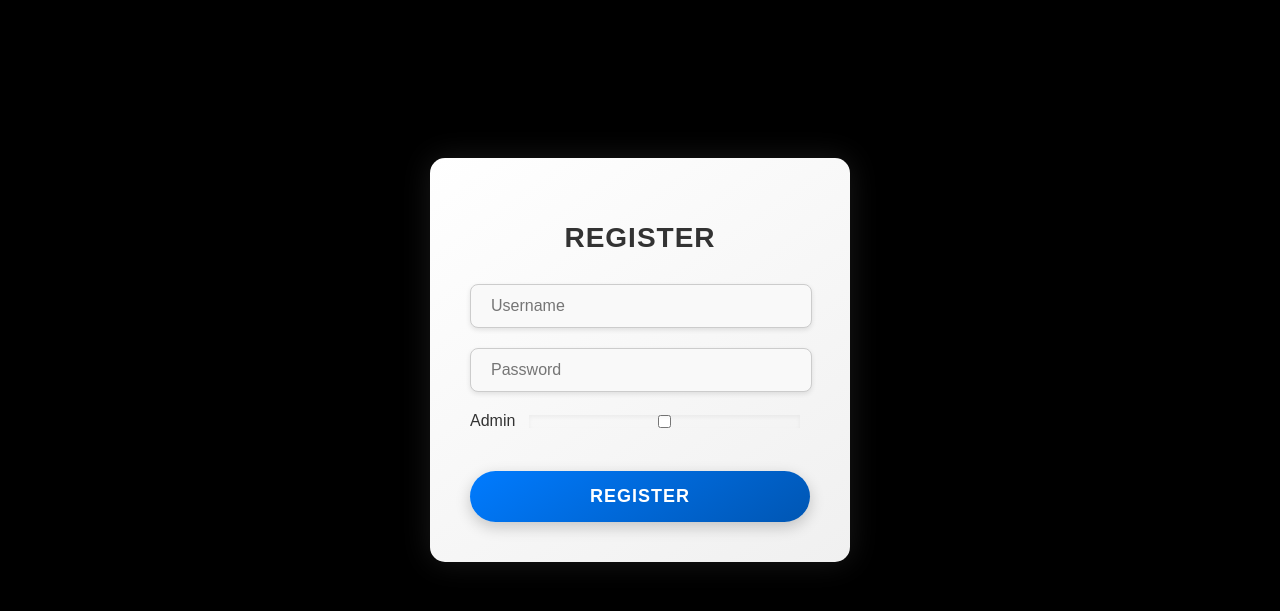
Repository: mdmisri/needy-talk
Page: /register (app in frontend/talk-d1/)
An editor plug-in stored every save of this project. The page is shown before and after the next save, followed by the edit.
The browser window is 1280 px wide. The pictures show the whole page.
The page's requests for data from a server got no answer. The project was rebuilt for these pictures with package versions that can differ from the ones it lists, and the page was loaded fresh each time. No one was signed in, and anything a server would have sent is missing. Also part of the build but not shown: frontend/talk-d1/src/components/Login/Login.js, frontend/talk-d1/src/conversationUtils.js, frontend/talk-d1/src/hooks/useConversation.js, frontend/talk-d1/src/components/Chat/styles/Message.css, frontend/talk-d1/src/components/Chat/Message.js, frontend/talk-d1/src/components/Chat/ChatBox.js, frontend/talk-d1/src/components/Chat/AdminChatBox.js, frontend/talk-d1/src/components/Chat/AdminSelection.js and 1 more.

Above is the page before, as saved 2024-07-31 00:51:35.

After the next save:
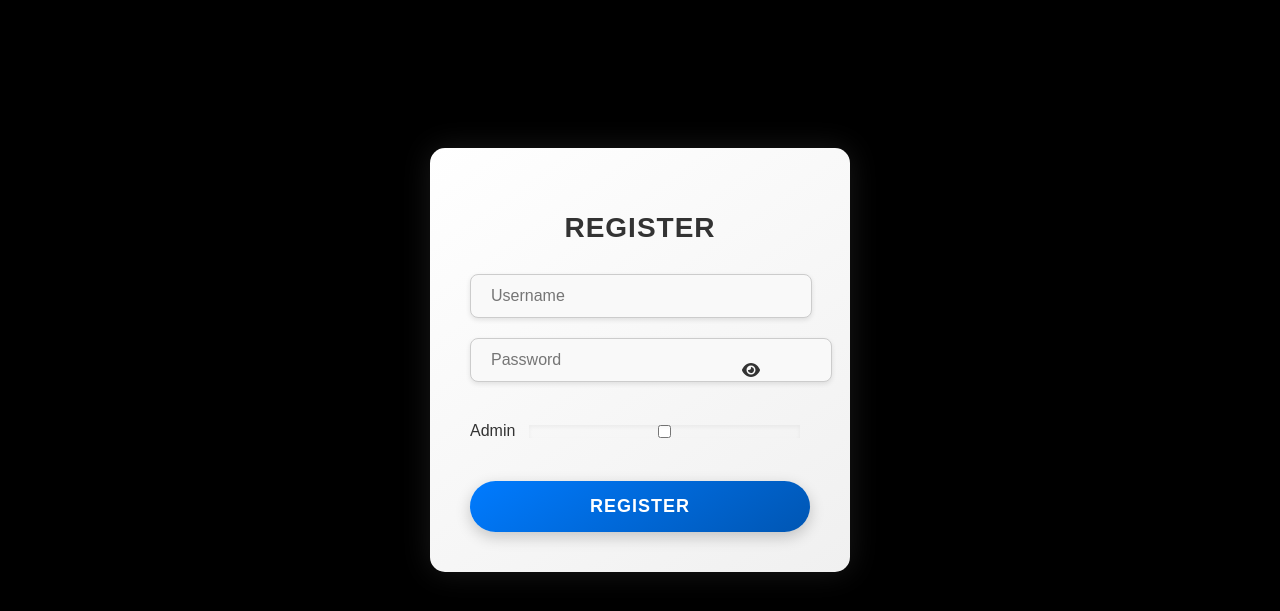
Saved 20 s later.
--- a/frontend/talk-d1/src/components/Register/Register.js
+++ b/frontend/talk-d1/src/components/Register/Register.js
@@ -1,6 +1,8 @@
 import React, { useState } from 'react';
 import axios from 'axios';
 import { useNavigate } from 'react-router-dom';
+import { FontAwesomeIcon } from '@fortawesome/react-fontawesome';
+import { faEye, faEyeSlash } from '@fortawesome/free-solid-svg-icons';
 import "./Register.css";
 
 const Register = () => {
@@ -8,6 +10,7 @@ const Register = () => {
     const [password, setPassword] = useState('');
     const [isAdmin, setIsAdmin] = useState(false);
     const [message, setMessage] = useState('');
+    const [showPassword, setShowPassword] = useState(false);
     const navigate = useNavigate();
 
     const handleRegister = async (e) => {
@@ -25,6 +28,10 @@ const Register = () => {
         }
     };
 
+    const togglePasswordVisibility = () => {
+        setShowPassword(!showPassword);
+    };
+
     return (
         <div className="form-container">
             <h2>Register</h2>
@@ -37,13 +44,20 @@ const Register = () => {
                     placeholder="Username"
                     required
                 />
-                <input
-                    type="password"
-                    value={password}
-                    onChange={(e) => setPassword(e.target.value)}
-                    placeholder="Password"
-                    required
-                />
+                <div className="password-container">
+                    <input
+                        type={showPassword ? "text" : "password"}
+                        value={password}
+                        onChange={(e) => setPassword(e.target.value)}
+                        placeholder="Password"
+                        required
+                    />
+                    <FontAwesomeIcon
+                        icon={showPassword ? faEyeSlash : faEye}
+                        onClick={togglePasswordVisibility}
+                        className="password-toggle-icon"
+                    />
+                </div>
                 <div className="checkbox-container">
                     <label className="admin-text">Admin</label>
                     <input
